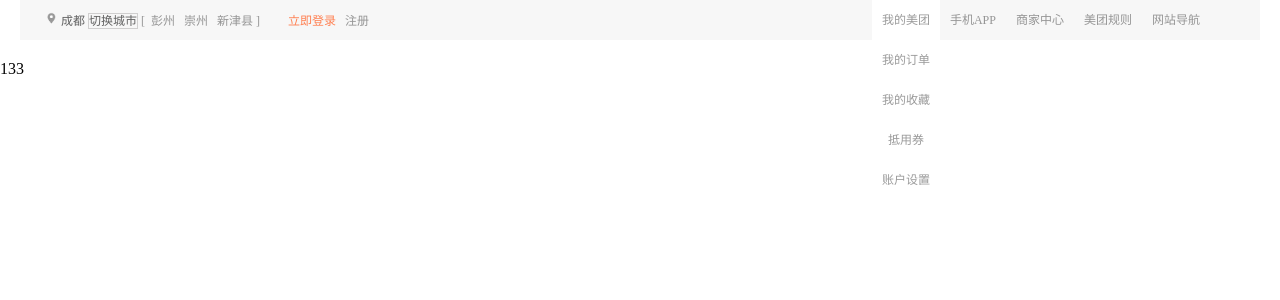
Repository: buddy-fallinlove/Meituan
Page: /
These files come from the project's save history. The page is drawn as it stood at one moment and after the next save; the edit follows.
The browser window is 1280 px wide. The pictures show the whole page.
The pointer rests on the first visible `.has-child:not(:nth-child(2))`.
The project was rebuilt for these pictures with package versions that can differ from the ones it lists, and the page was loaded fresh each time. Also part of the build but not shown: vue.config.js.

Above is the page before, as saved 2020-08-20 16:19:10.

After the next save:
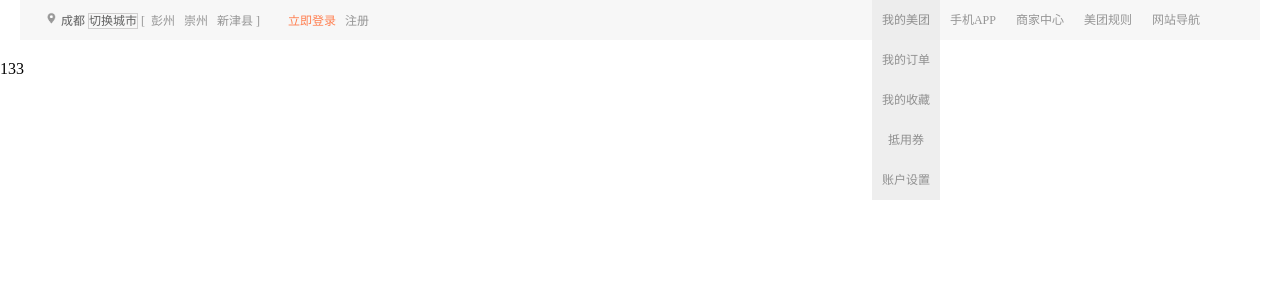
Saved 3 min 40 s later.
--- a/src/components/layout1/top.vue
+++ b/src/components/layout1/top.vue
@@ -408,7 +408,7 @@
 .has-child:not(:nth-child(2)):hover,
 .has-child:not(:nth-child(2)):hover ul,
 .has-child:not(:nth-child(2)):hover div {
-  background-color: white;
+  background-color: #edededed;
 }
 
 a:hover {

After the save that followed:
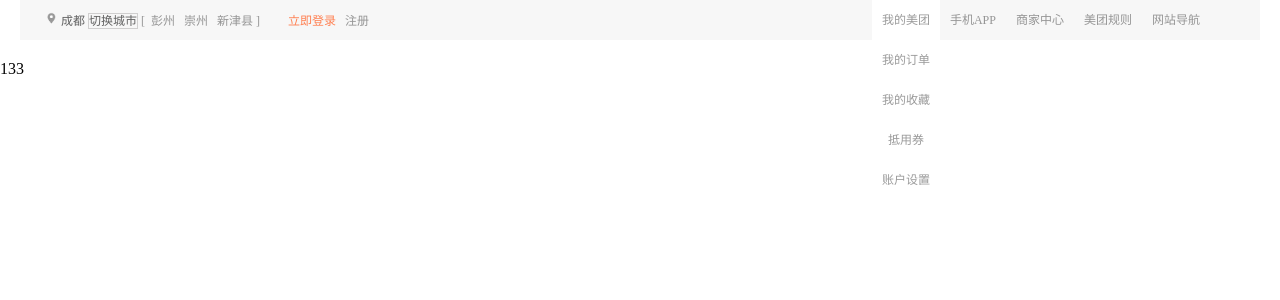
Saved 47 s later.
--- a/src/components/layout1/top.vue
+++ b/src/components/layout1/top.vue
@@ -408,7 +408,8 @@
 .has-child:not(:nth-child(2)):hover,
 .has-child:not(:nth-child(2)):hover ul,
 .has-child:not(:nth-child(2)):hover div {
-  background-color: #edededed;
+  background-color: white;
+
 }
 
 a:hover {
